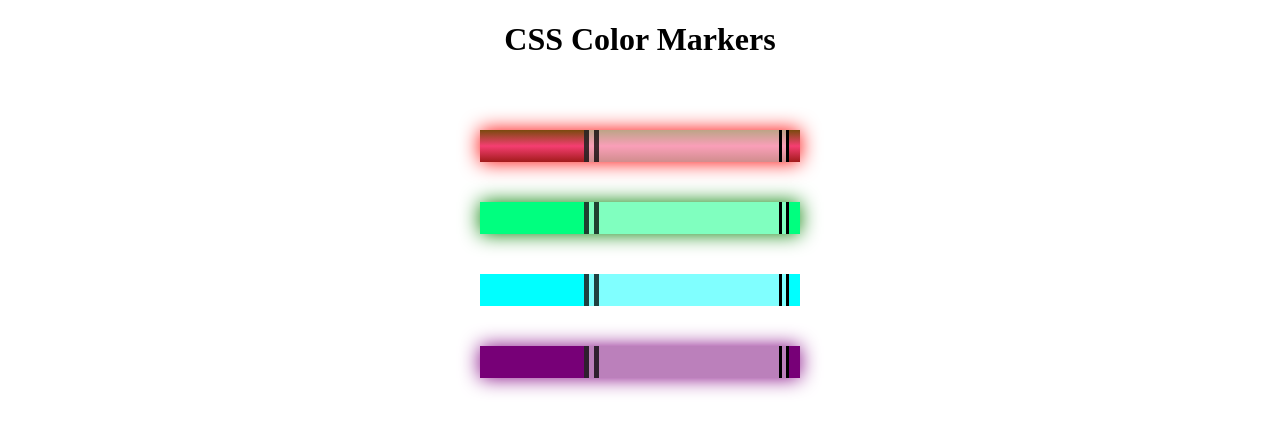
Repository: Lungdjos/color_markers
Page: index.html
These files come from the project's save history. The page is drawn as it stood at one moment and after a run of saves; the edit follows.
The browser window is 1280 px wide. The pictures show the whole page.

Above is the page before, as saved 2023-09-28 11:57:47.

### index.html
<!DOCTYPE html>
<html lang="en">

<head>
    <meta charset="UTF-8">
    <meta name="viewport" content="width=device-width, initial-scale=1.0">
    <title>Colored Markers</title>
    <link rel="stylesheet" href="styles.css">
</head>

<body>
    <h1>CSS Color Markers</h1>
    <div class="container">
        <div class="marker red">
            <div class="cap"></div>
            <div class="sleeve"></div>
        </div>
        <div class="marker green">
            <div class="cap"></div>
            <div class="sleeve"></div>
        </div>
        <div class="marker cyan">
            <div class="cap"></div>
            <div class="sleeve"></div>
        </div>
        <div class="marker purple">
            <div class="cap"></div>
            <div class="sleeve"></div>
        </div>
    </div>
</body>

</html>

### styles.css
/* STYLING */

h1 {
    text-align: center;
}

.marker {
    /* background-color: red; */
    width: 320px;
    height: 32px;
    margin: 40px auto;
}

.red {
    background: linear-gradient(rgb(122, 74, 14), rgb(245, 62, 113), rgb(162, 27, 27));
    box-shadow: 0 0 20px 0px red;
}

.green {
    background-color: rgb(0, 255, 127);
    box-shadow: 0 0 20px 0px green;
}

.cyan {
    background-color: #00ffff;
    box-shadow: 0 0 20px 0px #01ffc;
}

.purple {
    background-color: #707;
    box-shadow: 0px 0px 20px 0px purple;
}

.container {
    background-color: hsl(255, 100%, 100%);
    margin: auto;
    padding: 10px 0px;
}

.sleeve {
    width: 180px;
    height: 32px;
    background-color: rgba(255, 255, 255, 0.5);
    border-left: 15px double rgba(0, 0, 0, 0.75);
    border-right: 10px double black;
}

.cap {
    width: 100px;
    height: 32px;
}

.cap,
.sleeve {
    display: inline-block;
}

After the next 2 saves:
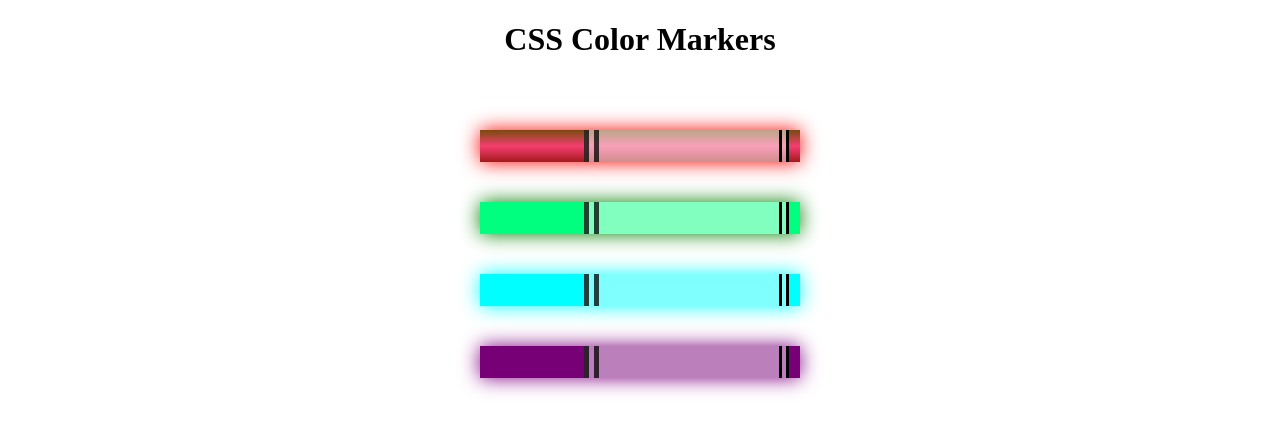
The 2 saves are shown as one change because they came seconds apart.
The last was saved 14 s later.
--- a/styles.css
+++ b/styles.css
@@ -23,7 +23,7 @@ h1 {
 
 .cyan {
     background-color: #00ffff;
-    box-shadow: 0 0 20px 0px #01ffc;
+    box-shadow: 0 0 20px 0px #01fffffc;
 }
 
 .purple {
